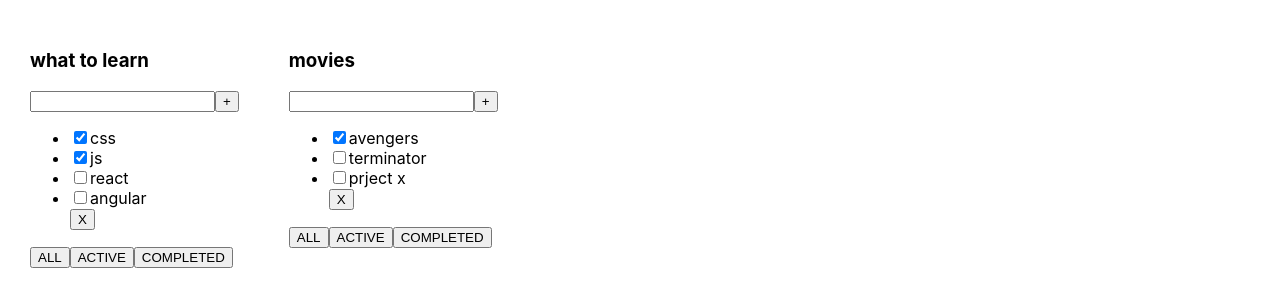
Repository: Grid-Master/myTrello
Page: /
These files come from the project's save history. The page is drawn as it stood at one moment and after the next save; the edit follows.
The browser window is 1280 px wide. The pictures show the whole page.
The project was rebuilt for these pictures with package versions that can differ from the ones it lists, and the page was loaded fresh each time.

Above is the page before, as saved 2023-01-24 21:59:21.

After the next save:
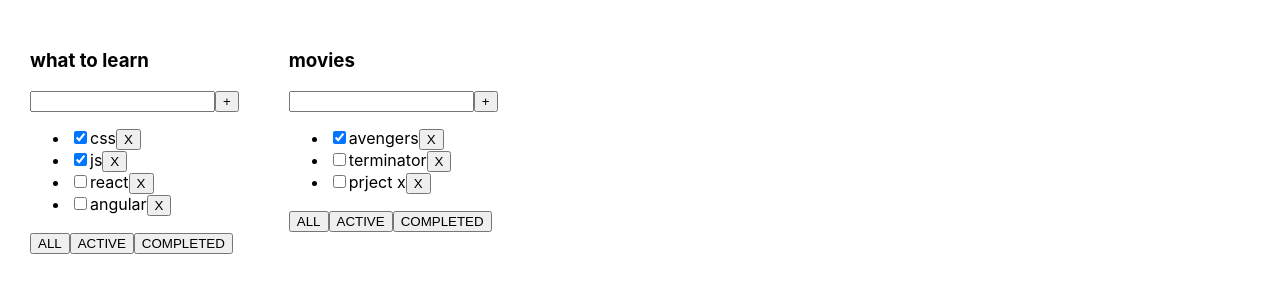
Saved 42 s later.
--- a/src/Todolist.tsx
+++ b/src/Todolist.tsx
@@ -21,9 +21,12 @@ const Todolist = (props:Props) => {
         </div>
         <ul>
             {
-                props.tasks.map((task) => <li key={task.id}><input type='checkbox' checked={task.isDone} /><span>{task.title}</span></li> )
+                props.tasks.map((task) => <li key={task.id}>
+                    <input type='checkbox' checked={task.isDone} />
+                    <span>{task.title}</span>
+                    <button onClick={() => alert(4)}>X</button>
+                </li> )
             }
-            <button onClick={() => alert(4)}>X</button>
         </ul>
         <div>
             <button>ALL</button>
